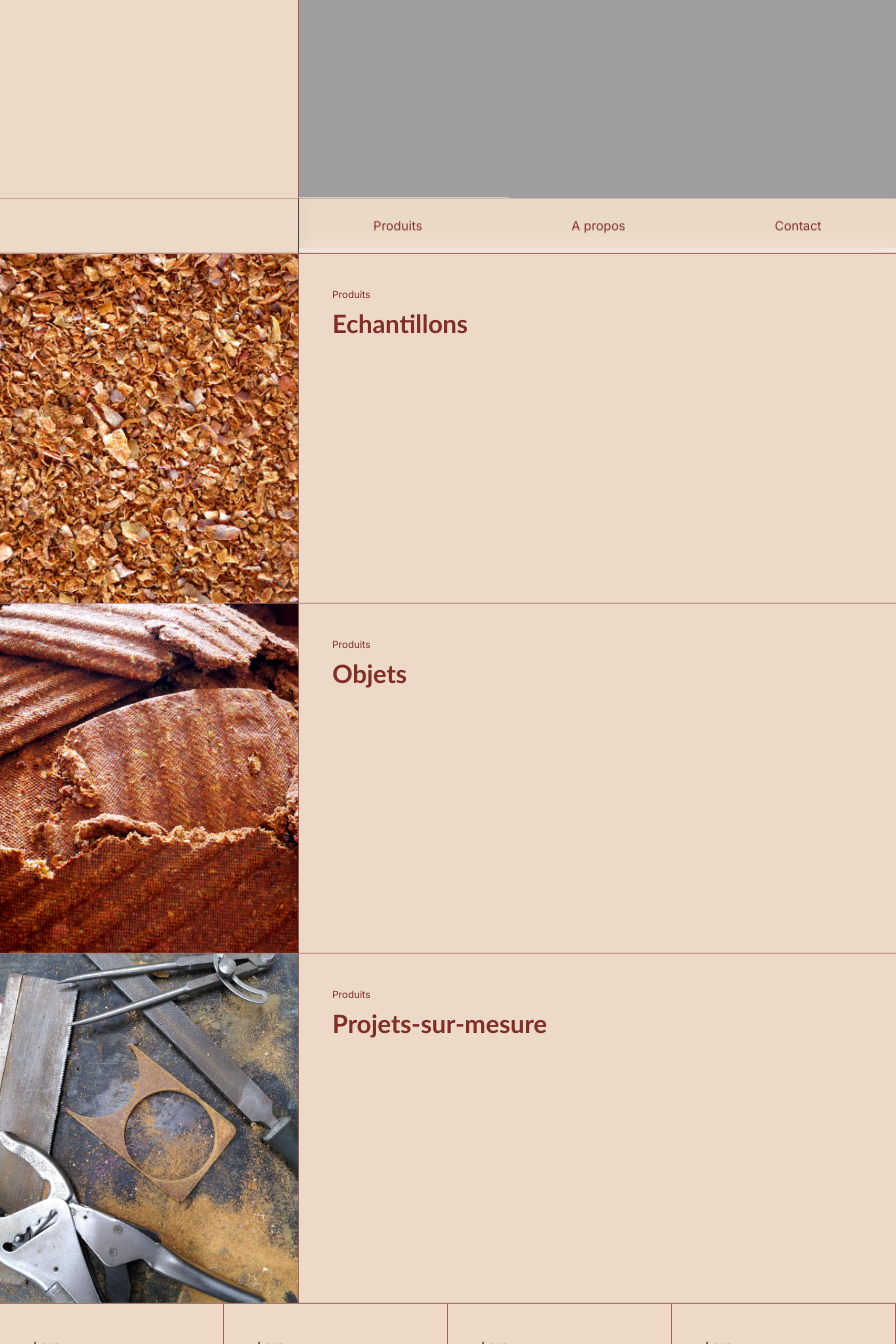
Repository: Neewd/adaozan
Page: /
The author's editor kept a copy of each file at every save. The page is drawn from the files as they stood at one save, then again after the next save.
The browser window is 1280 px wide. The pictures show the part of the page from y = 365 to 2285 px (the page is 2348 px tall), at 70% of full size.
Pictures or frames that could not be fetched are drawn as grey boxes. The project was rebuilt for these pictures with package versions that can differ from the ones it lists, and the page was loaded fresh each time. The framework's server and built-in components were replaced by stand-ins that run in the browser. Also part of the build but not shown: next.config.js.

Above is the page before, as saved 2023-08-10 11:42:50.

After the next save:
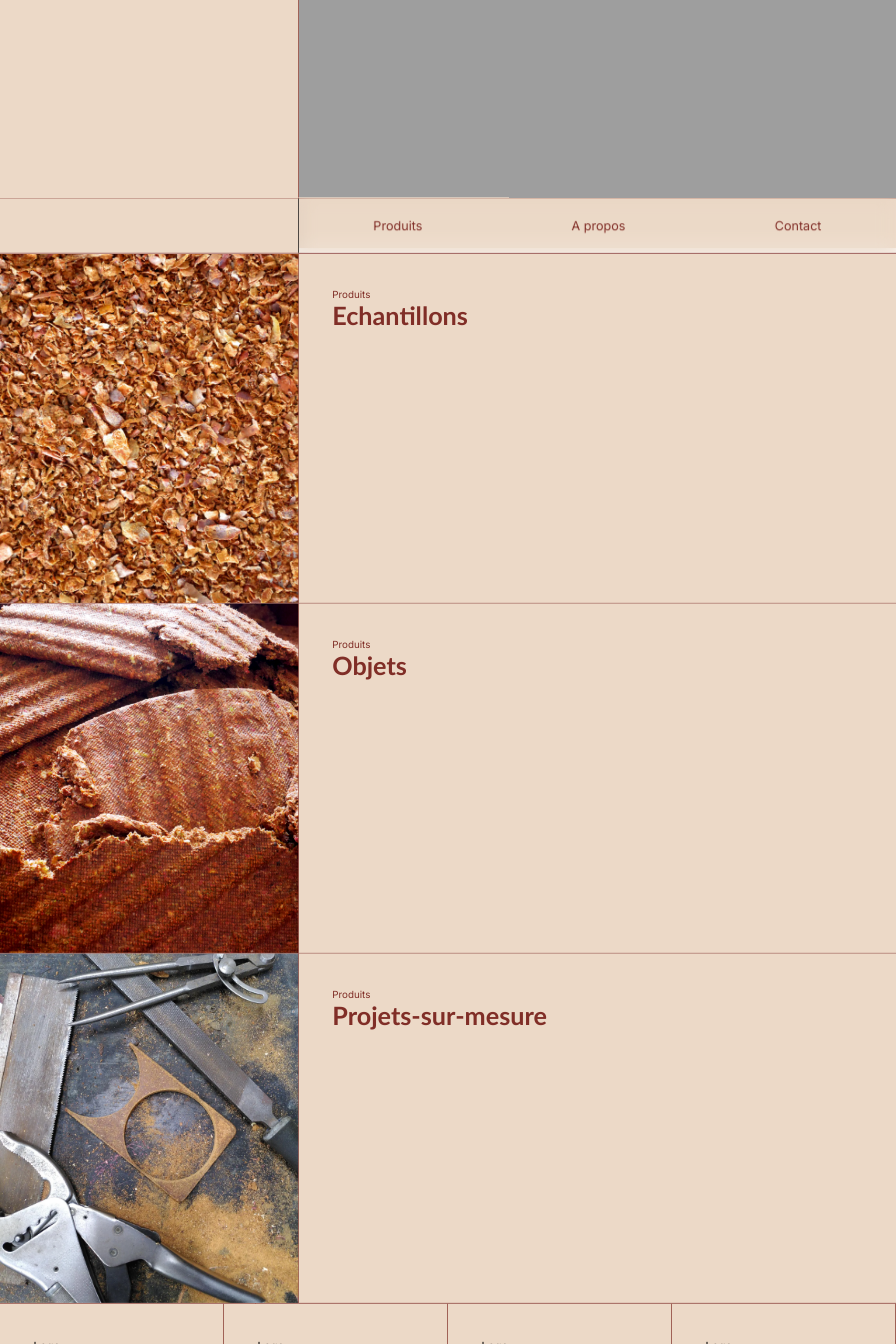
Saved 3 h 21 min later.
--- a/app/components/ProductHero.tsx
+++ b/app/components/ProductHero.tsx
@@ -24,9 +24,11 @@
 				/>
 			</div>
 			<div className="flex basis-8/12 p-12 gap-3 flex-col border-b border-brown-100">
-				<div className="text-sm text-brown-100">{title}</div>
-				<div className="text-4xl text-brown-100 font-semibold font-heading">
-					{subtitle}
+				<div>
+					<div className="text-sm text-brown-100">{title}</div>
+					<div className="text-4xl text-brown-100 font-semibold font-heading">
+						{subtitle}
+					</div>
 				</div>
 			</div>
 		</div>
